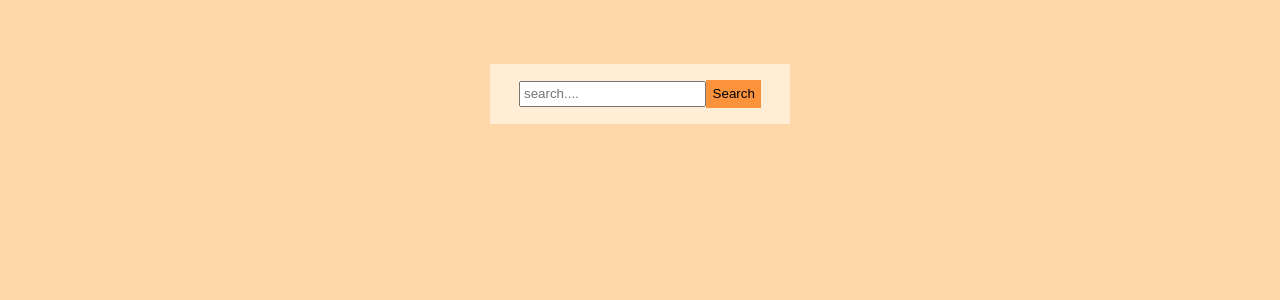
Repository: sandipkarmokar/recipeApp
Page: /
These files come from the project's save history. The page is drawn as it stood at one moment and after the next save; the edit follows.
The browser window is 1280 px wide. The pictures show the whole page.
The project was rebuilt for these pictures with package versions that can differ from the ones it lists, and the page was loaded fresh each time.

Above is the page before, as saved 2022-04-15 16:56:03.

### src/App.js
import { useEffect, useStata, useState } from 'react';
import ListView from './components/listView';
import SearchBar from './components/searchBar';
import './App.css';

function App() {
    const [query, setQuery] = useState('');
    const [isLoading, setIsLoading] = useState(true);
    const [recipeIngredients, setRecipeIngredients] = useState([]);
    const [recipeList, setRecipeList] = useState([]);
    const [recipeId, setRecipeId] = useState();
    const [recipe, setRecipe] = useState([]);

    const url = `https://forkify-api.herokuapp.com/api/search?q=${query}`;
    const urlRecipe = `https://forkify-api.herokuapp.com/api/get?rId=${recipeId}`;

    const fetchData = async (e) => {
        e.preventDefault();
        try {
            const response = await fetch(url);
            const data = await response.json();
            setRecipeList(data.recipes);
            setIsLoading(false);
            setQuery('');
        } catch (error) {
            console.log(error);
        }
    };

    const fetchRecipe = async () => {
        try {
            const response = await fetch(urlRecipe);
            const data = await response.json();
            setRecipe(data);
            console.log(recipe, recipeId);
        } catch (error) {
            console.log(error);
        }
    };
    return (
        <div className="app">
            <div className="app-container">
                <SearchBar
                    query={query}
                    setQuery={setQuery}
                    fetchData={fetchData}
                ></SearchBar>
                <ListView
                    recipeList={recipeList}
                    setRecipeId={setRecipeId}
                    fetchRecipe={fetchRecipe}
                ></ListView>
            </div>
        </div>
    );
}

export default App;

### src/components/listView.js
import React from 'react';

const ListView = ({ recipeList, setRecipeId, fetchRecipe }) => {
    console.log(recipeList);
    const handleRecipe = (id) => {
        let numberId = parseInt(id);
        console.log(typeof numberId);
        setRecipeId(id);
        fetchRecipe();
    };

    return (
        <div className="recipeList">
            <div className="recipeList-container">
                {recipeList.map((el) => {
                    console.log(typeof el.recipe_id);
                    return (
                        <>
                            <p>{el.title}</p>
                            <img src={el.image_url} alt="" />
                            <p>{el.recipe_id}</p>
                            <p
                                onClick={() => {
                                    handleRecipe(el.recipe_id);
                                }}
                            >
                                Know More
                            </p>
                        </>
                    );
                })}
            </div>
        </div>
    );
};

export default ListView;

### src/components/searchBar.js
import React from 'react';

const SearchBar = ({ query, setQuery, fetchData }) => {
    return (
        <div className="searchBar">
            <div className="searchBar-container">
                {/* <div className="logo">FooD IT</div> */}
                <form onSubmit={fetchData} className="search">
                    <input
                        type="text"
                        placeholder="search...."
                        value={query}
                        onChange={(e) => setQuery(e.target.value)}
                    />
                    <button type="submit">Search</button>
                </form>
            </div>
        </div>
    );
};

export default SearchBar;

### src/App.css
* {
    margin: 0;
    padding: 0;
    box-sizing: border-box;
}

.app {
    height: 100vh;
    width: 100vw;
    background-color: #fed7aa;
    overflow: hidden;
    padding: 4rem;
}

.app .app-container {
    width: 500px;
    margin: 0 auto;
}
.app .app-container .searchBar {
    width: 60%;
    margin: 0 auto;
    background-color: #ffedd5;
}
.app .app-container .searchBar .searchBar-container {
    padding: 1rem 2rem;
    background-color: #ffedd5;
}
.app .app-container .searchBar .searchBar-container .search {
    display: flex;
    align-items: center;
    justify-content: center;
}
.app .app-container .searchBar .searchBar-container .search input {
    display: flex;
    width: 200px;
    padding: 0.2rem;
}

.app .app-container .searchBar .searchBar-container .search button {
    border: none;
    background-color: #fb923c;
    padding: 0.4rem;
}

Loaded but not shown: public/index.html (common file); src/index.js (common file); src/index.css (common file); src/reportWebVitals.js (common file)

After the next save:
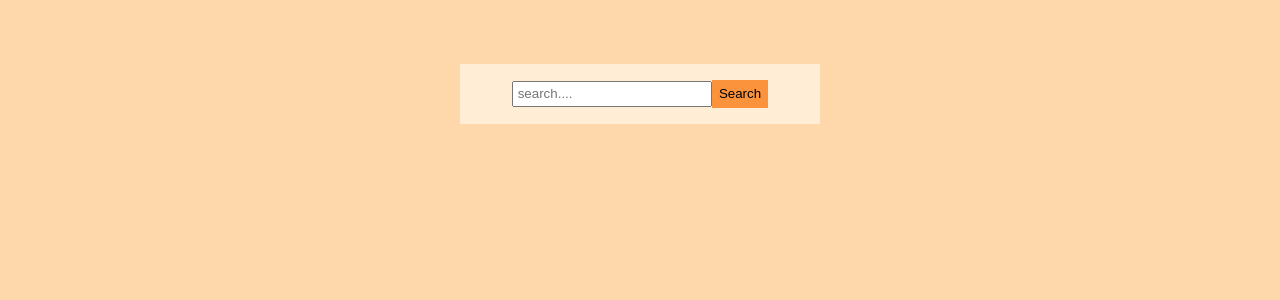
Saved 7 s later.
--- a/src/App.css
+++ b/src/App.css
@@ -13,7 +13,7 @@
 }
 
 .app .app-container {
-    width: 500px;
+    width: 600px;
     margin: 0 auto;
 }
 .app .app-container .searchBar {
